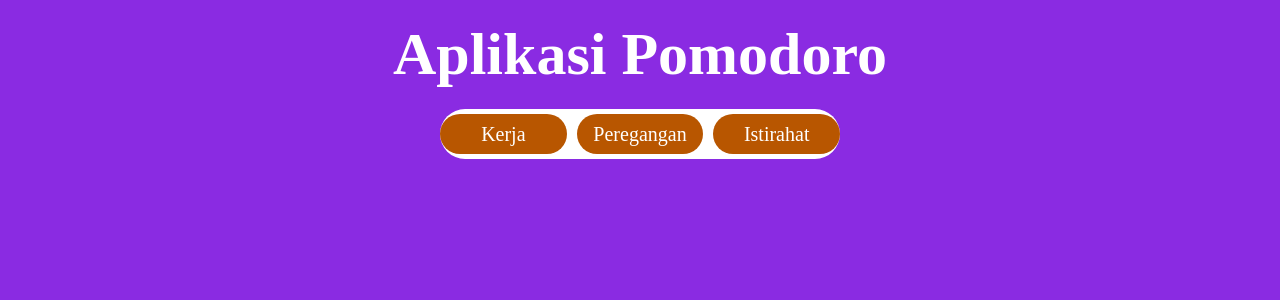
Repository: sellayspy/aplikasiPomodoro
Page: /
The author's editor kept a copy of each file at every save. The page is drawn from the files as they stood at one save, then again after the next save.
The browser window is 1280 px wide. The pictures show the whole page.
The project was rebuilt for these pictures with package versions that can differ from the ones it lists, and the page was loaded fresh each time. Also part of the build but not shown: vite.config.js.

Above is the page before, as saved 2024-11-25 13:17:41.

### index.html
<!DOCTYPE html>
<html lang="en">
  <head>
    <meta charset="UTF-8" />
    <link rel="icon" type="image/svg+xml" href="/vite.svg" />
    <meta name="viewport" content="width=device-width, initial-scale=1.0" />
    <title>Aplikasi Pomodoro</title>
  </head>
  <body>
    <div id="root"></div>
    <script type="module" src="/src/main.jsx"></script>
  </body>
</html>

### src/main.jsx
import { StrictMode } from "react";
import { createRoot } from "react-dom/client";
import { createGlobalStyle, ThemeProvider } from "styled-components";
import App from "./App.jsx";

const GlobalStyle = createGlobalStyle`

*{
  margin: 0;
  padding: 0;
  box-sizing: border-box;
}

  html,body{
    background-color: blueviolet;
    font-size: 62.5%;
  }

  body{
    font-size: 1.6rem;
    color: white;
  }

`;

const theme = {
  colors: {
    primary: "#b85600",
    secondary: "#08002b",
    bg: "#220045",
  },
};

createRoot(document.getElementById("root")).render(
  <StrictMode>
    <ThemeProvider theme={theme}>
      <GlobalStyle />
      <App />
    </ThemeProvider>
  </StrictMode>
);

### src/App.jsx
import styled from "styled-components";
import Judul from "./components/Judul";

function App() {
  return (
    <>
      <Title>Aplikasi Pomodoro</Title>
      <Judul />
    </>
  );
}

export default App;

const Title = styled.h1`
  font-size: 6rem;
  padding: 2rem 0;
  text-align: center;
`;

### src/components/Judul.jsx
import styled from "styled-components";

const Judul = () => {
  return (
    <JudulContainer>
      {["Kerja", "Peregangan", "Istirahat"].map((tag, i) => (
        <Tag key={i}>{tag}</Tag>
      ))}
    </JudulContainer>
  );
};

export default Judul;

const JudulContainer = styled.div`
  background: white;
  height: 5rem;
  width: 40rem;
  margin: 0 auto;
  border-radius: 5rem;
  display: flex;
  gap: 1rem;
  align-items: center;
`;

const Tag = styled.button`
  all: unset;
  height: 4rem;
  text-align: center;
  border-radius: 5rem;
  flex: 1;
  font-size: 2rem;
  background: #b85600;
`;

After the next save:
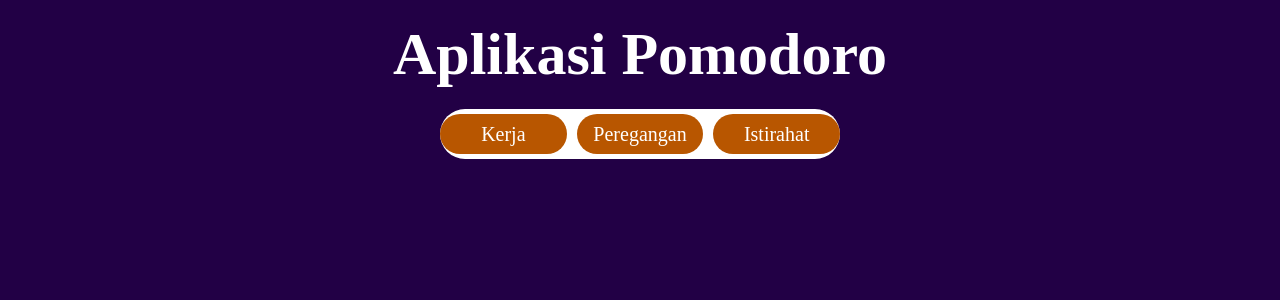
Saved 32 s later.
--- a/src/main.jsx
+++ b/src/main.jsx
@@ -12,7 +12,7 @@
 }
 
   html,body{
-    background-color: blueviolet;
+    background-color: #220045;
     font-size: 62.5%;
   }
 

After the save that followed:
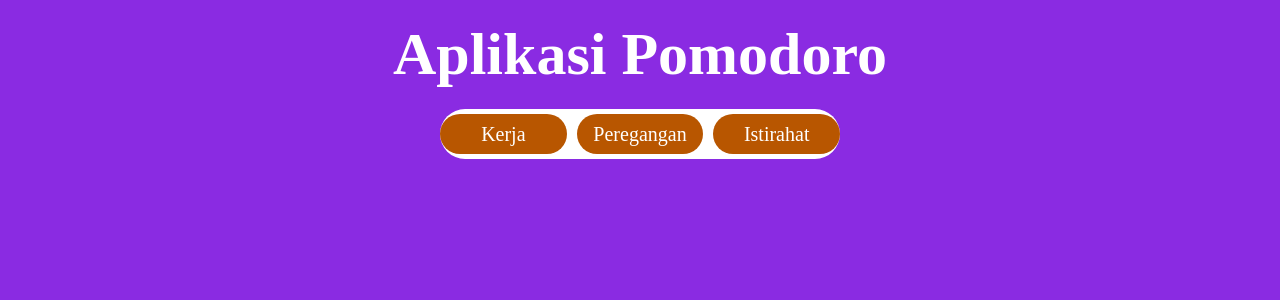
Saved 9 s later.
--- a/src/main.jsx
+++ b/src/main.jsx
@@ -12,7 +12,7 @@
 }
 
   html,body{
-    background-color: #220045;
+    background-color: blueviolet;
     font-size: 62.5%;
   }
 
